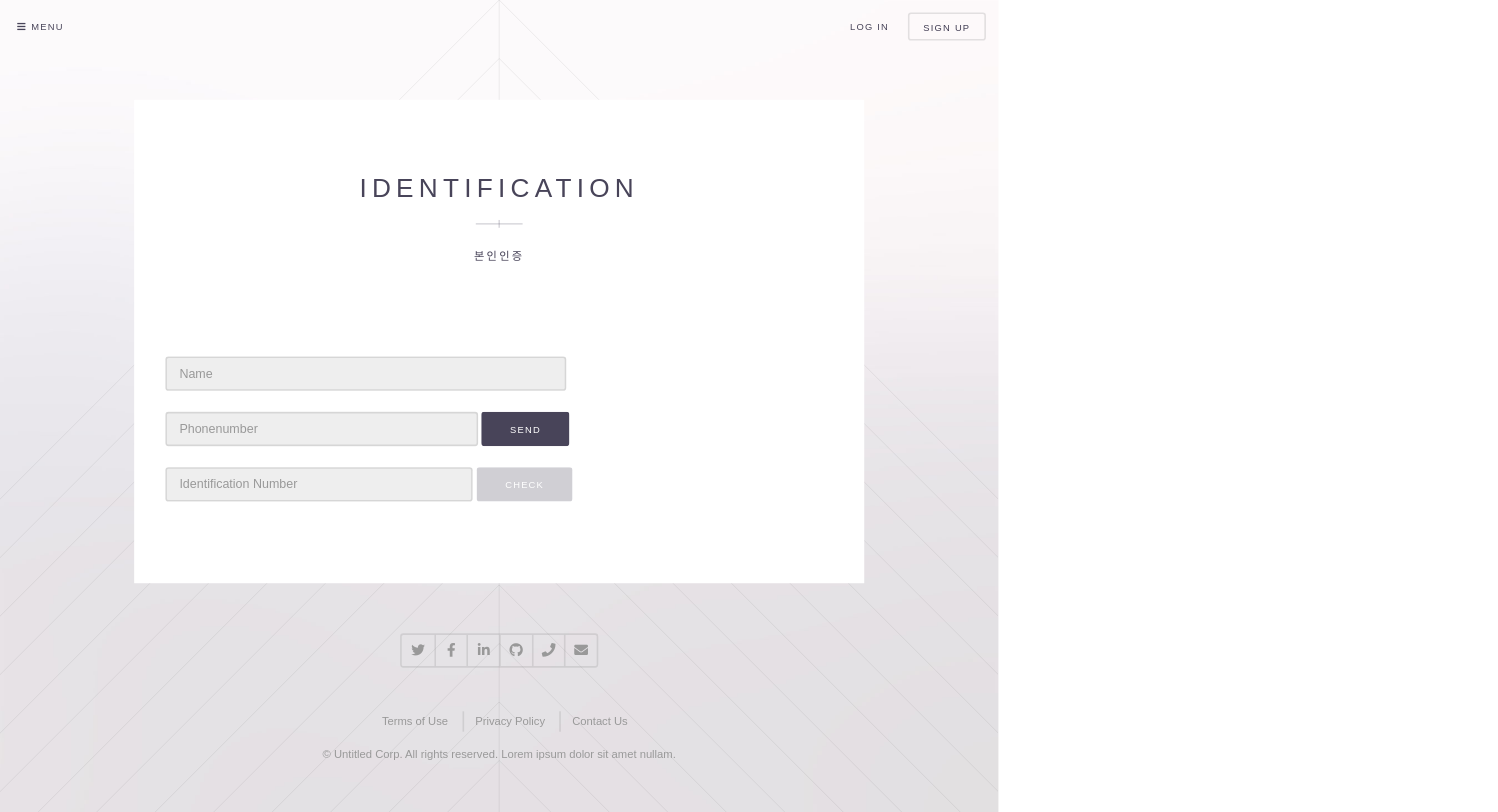
Repository: WKMoon/JavaScript-Project
Page: myFront/WebContent/identification.html
An editor plug-in stored every save of this project. The page is shown before and after the next save, followed by the edit.
The browser window is 1280 px wide. The page is 1280 px wide, then 1920 px, so the pictures cover 1920 px, including what lies to the right of the window. The pictures show the whole page, at 78% of full size.
Some web fonts or font styles are not loaded; a fallback is used.

Above is the page before, as saved 2021-03-01 23:49:20.

After the next save:
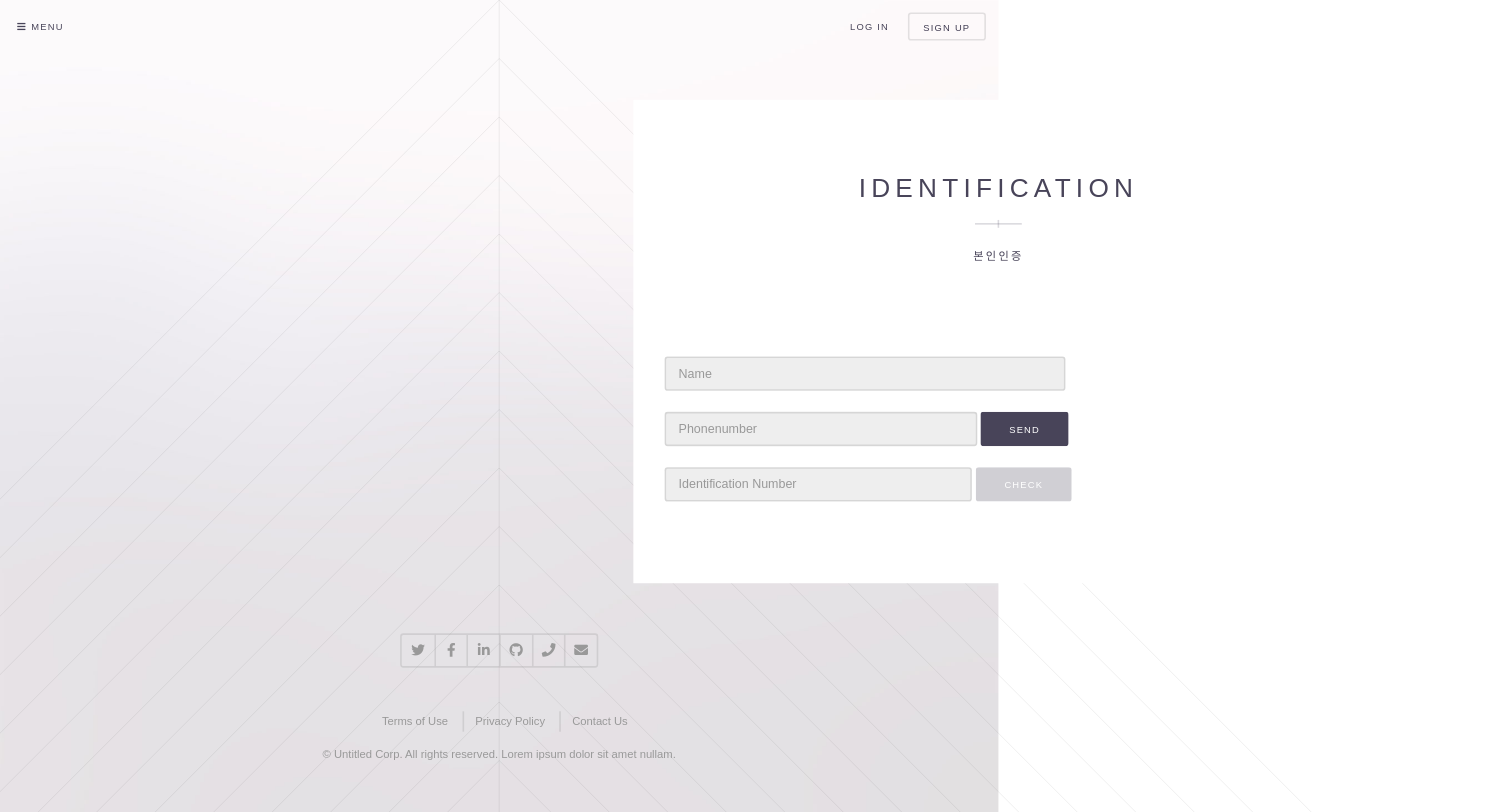
Saved 51 s later.
--- a/myFront/WebContent/identification.html
+++ b/myFront/WebContent/identification.html
@@ -30,7 +30,7 @@
 
 
 		<!-- Main -->
-			<section id="main" class="wrapper style1" style="margin:auto;">
+			<section id="main" class="wrapper style1" style="left:50%;">
 				<div class="inner">
 
 					<!-- Title -->
